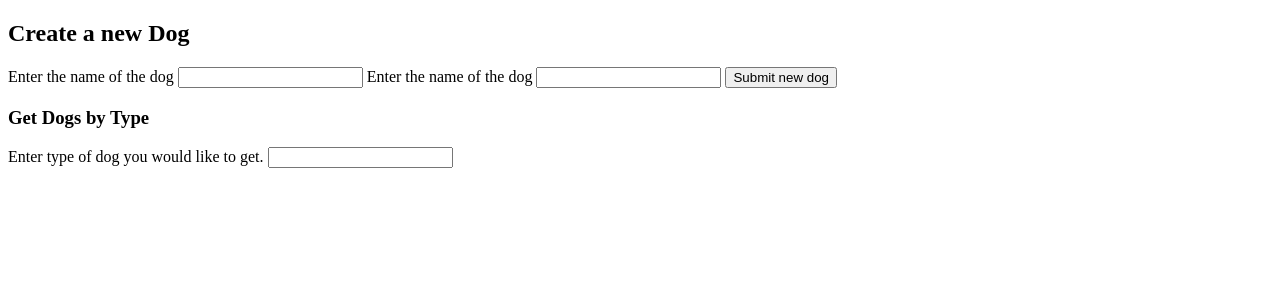
Repository: johnhongannguyen/forms-and-valiadation
Page: public/index.html
The author's editor kept a record of every edit. The page is drawn from the files as they stood at one moment, then again after the next edit.
The browser window is 1280 px wide. The pictures show the whole page.

Above is the page before.

After the next edit:
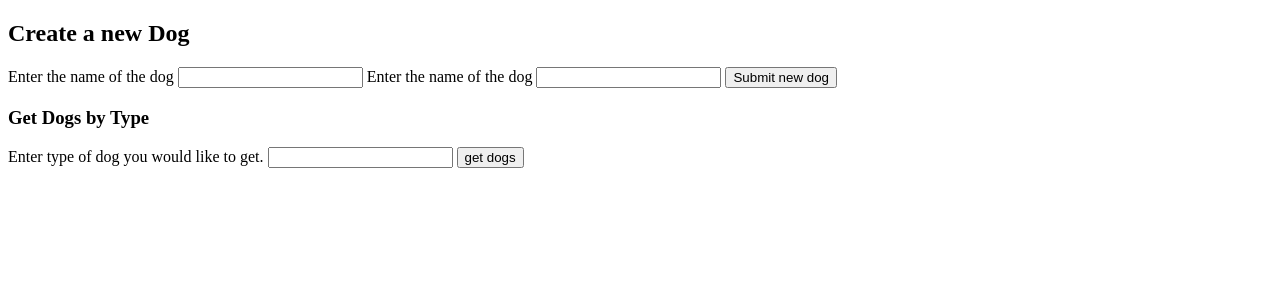
The edit:
--- a/public/index.html
+++ b/public/index.html
@@ -29,6 +29,7 @@
             Enter type of dog you would like to get.
             <input type="text" name="type">
         </label>
+        <input type="submit" value="get dogs">
     </form>
 </body>
 </html>
